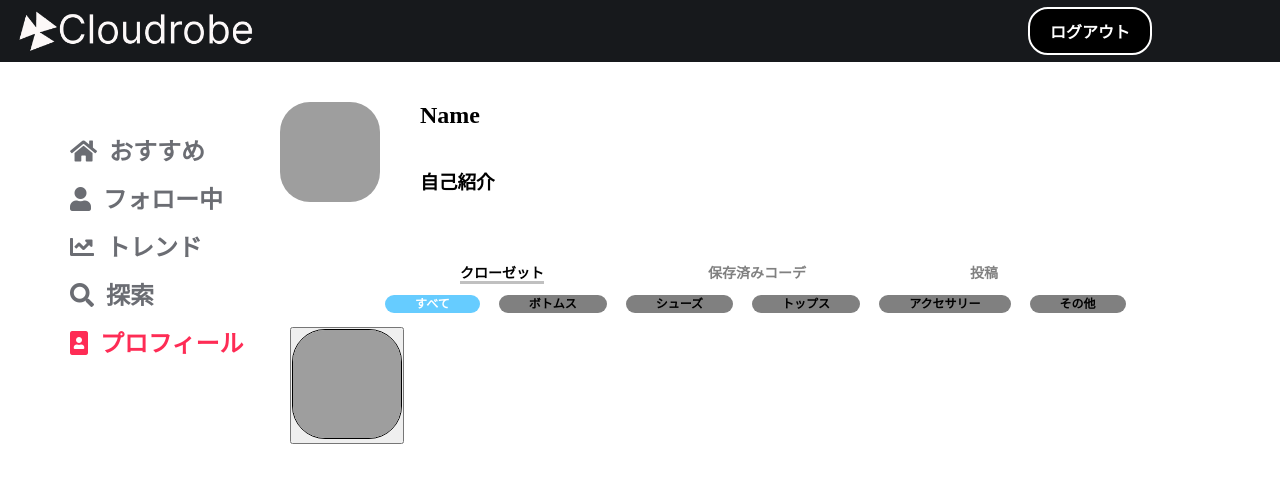
Repository: Yoshiki0418/yahoo.hack
Page: templates/profile.html
These files come from the project's save history. The page is drawn as it stood at one moment and after the next save; the edit follows.
The browser window is 1280 px wide. The pictures show the whole page.
Pictures or frames that could not be fetched are drawn as grey boxes. The template is drawn by Flask 3. The application's start-up code is not run. The template is opened directly, without the code that normally fills it, so the values that code supplies are empty.

Above is the page before, as saved 2024-02-22 17:11:36.
Console error: TypeError: Cannot read properties of undefined (reading 'style')

After the next save:
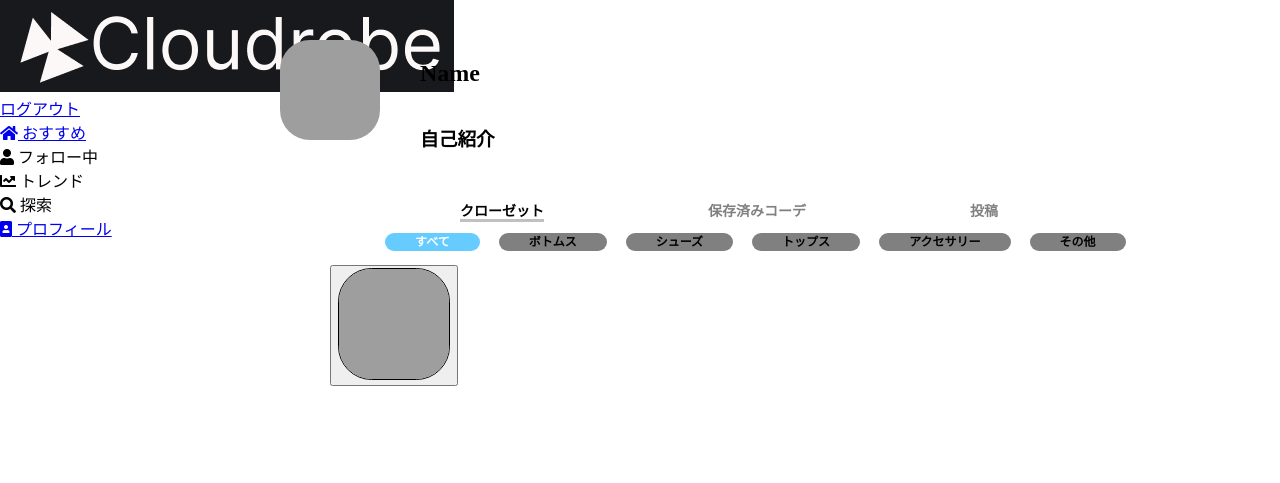
Saved 70 s later.
--- a/templates/profile.html
+++ b/templates/profile.html
@@ -6,7 +6,7 @@
     <meta name="viewport" content="width=device-width, initial-scale=1.0">
     <meta http-equiv="Content-Script-Type" content="js/profile.js">
     <link rel="stylesheet" href="/static/css/profile.css">
-    <link rel="stylesheet" type="text/css" href="/static/css/home.css">
+    <!-- <link rel="stylesheet" type="text/css" href="/static/css/home.css"> -->
     <link rel="stylesheet" href="https://cdnjs.cloudflare.com/ajax/libs/font-awesome/5.15.3/css/all.min.css">
     <link rel="stylesheet" href="https://use.fontawesome.com/releases/v5.7.2/css/all.css">
     <script src="https://ajax.googleapis.com/ajax/libs/jquery/3.5.1/jquery.min.js"></script>

After the save that followed:
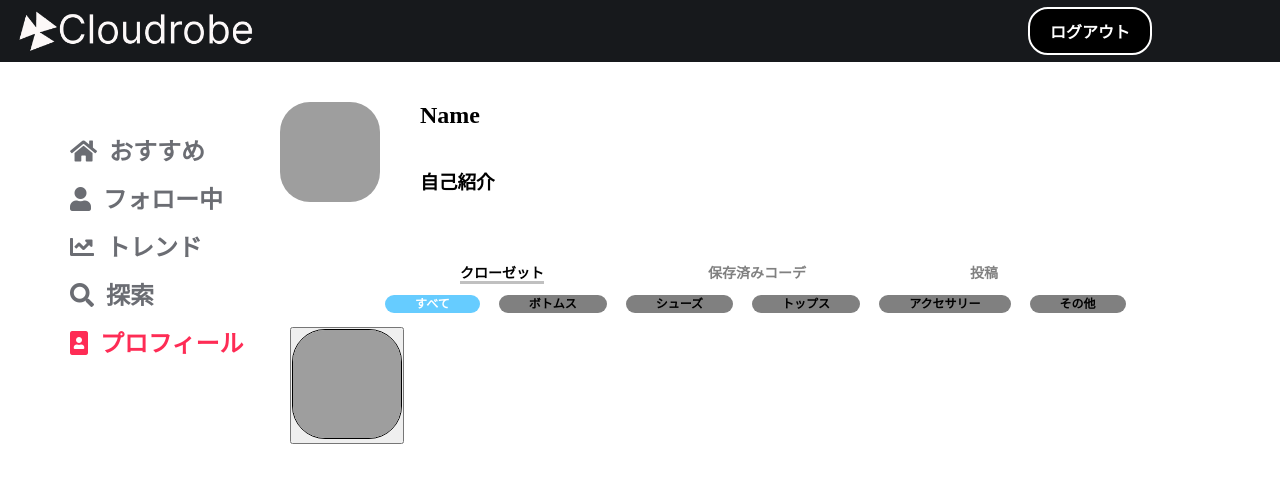
Saved 35 s later.
--- a/templates/profile.html
+++ b/templates/profile.html
@@ -6,7 +6,7 @@
     <meta name="viewport" content="width=device-width, initial-scale=1.0">
     <meta http-equiv="Content-Script-Type" content="js/profile.js">
     <link rel="stylesheet" href="/static/css/profile.css">
-    <!-- <link rel="stylesheet" type="text/css" href="/static/css/home.css"> -->
+    <link rel="stylesheet" type="text/css" href="/static/css/home.css">
     <link rel="stylesheet" href="https://cdnjs.cloudflare.com/ajax/libs/font-awesome/5.15.3/css/all.min.css">
     <link rel="stylesheet" href="https://use.fontawesome.com/releases/v5.7.2/css/all.css">
     <script src="https://ajax.googleapis.com/ajax/libs/jquery/3.5.1/jquery.min.js"></script>
